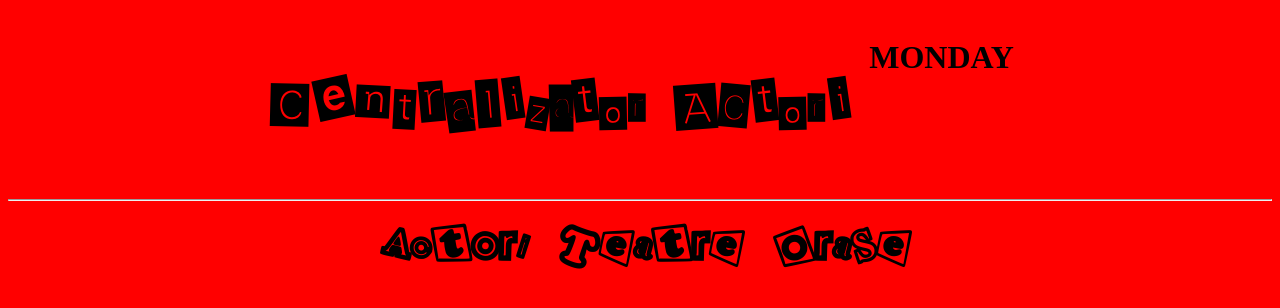
Repository: SusStefan/ActorDB
Page: Actori/src/main/webapp/index.html
These files come from the project's save history. The page is drawn as it stood at one moment and after the next save; the edit follows.
The browser window is 1280 px wide. The pictures show the whole page.

Above is the page before, as saved 2025-12-12 22:28:05.

### Actori/src/main/webapp/index.html
<!DOCTYPE html>
<!--
To change this license header, choose License Headers in Project Properties.
To change this template file, choose Tools | Templates
and open the template in the editor.
-->
<html>
 <head>
 <title>ACTORIDB</title>
 <meta charset="UTF-8">
 <meta name="viewport" content="width=device-width, initial-scale=1.0">
 </head>
 <body>
 <div id="butholder">
 <h1 id="titlu"><b>Centralizator Actori</b></h1>
 <h1 id="time"><b>MONDAY</b></h1>

 </div>
  <hr>
 <div id="butholder">
 <a href="tabela_actori.jsp">
 	<div class="cssbutton "id="Butactori"><b class="sway-text"><strong>Actori</strong></b></div>
 </a>
<a href="tabela_teatre.jsp">
	 <div class="cssbutton "id="Butteatre"><b class="sway-text"><strong>Teatre</strong></b></div>
</a>
 <a href="tabela_orase.jsp">
<div class="cssbutton "id="Butorase"><b class="sway-text"><strong>Orase</strong></b></div>
</a>
 </div>

 </body>
 <style>

 @font-face {
  font-family: 'Persona';            /* You give it a nickname here */
  src: url('./assets/earwig_factory/pers.ttf') format('truetype'); /* Point to the file */
  font-weight: normal;
  font-style: normal;
}

 @font-face {
  font-family: 'Persona2';            /* You give it a nickname here */
  src: url('./assets/earwig_factory/persona.otf') format('opentype'); /* Point to the file */
  font-weight: normal;
  font-style: normal;
}
 @font-face {
  font-family: 'clock';            /* You give it a nickname here */
  src: url('./assets/earwig_factory/clock.ttf') format('truetype'); /* Point to the file */
  font-weight: normal;
  font-style: normal;
}
 body{
 background-color: red;
 }
 .sway-text{
 color:black;
 font-size:300%;
 font-family:Persona;

 }
 #butholder
 {
 display:flex;
 padding:10px;
 justify-content:center;
 gap:20px;
 }
 #titlu{
 text-align:center;
 font-family: Persona2;
 text-color: white;
 font-size:400%
 }
 .cssbutton
 {
 width:100%;
 height:70%;
 background-color:red;
 padding:5px;
 text-align: center;
 }



 .sway-text {
  display: inline-block; /* Required for transform to work on text spans */
  transition: color 0.3s; /* Optional: smooth color change */
  cursor: default;
}

 @keyframes sway {
  0% { transform: rotate(0deg); }
  25% { transform: rotate(5deg); }
  50% { transform: rotate(0deg); }
  75% { transform: rotate(-5deg); }
  100% { transform: rotate(0deg); }
}

 .cssbutton:hover
 {
  background-color:white;
  border: 3px solid black;
  animation: sway 2s ease-in-out infinite;
  }



 </style>
</html>

After the next save:
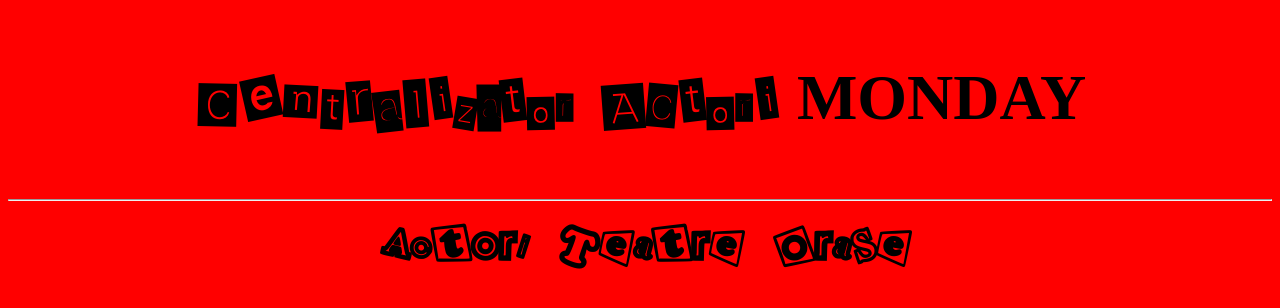
Not found: Actori/src/main/webapp/assets/earwig_factory/clock.ttf
Saved 11 s later.
--- a/Actori/src/main/webapp/index.html
+++ b/Actori/src/main/webapp/index.html
@@ -73,6 +73,12 @@ and open the template in the editor.
  text-color: white;
  font-size:400%
  }
+  #time{
+ text-align:center;
+ font-family: clock;
+ text-color: white;
+ font-size:400%
+ }
  .cssbutton
  {
  width:100%;

After the save that followed:
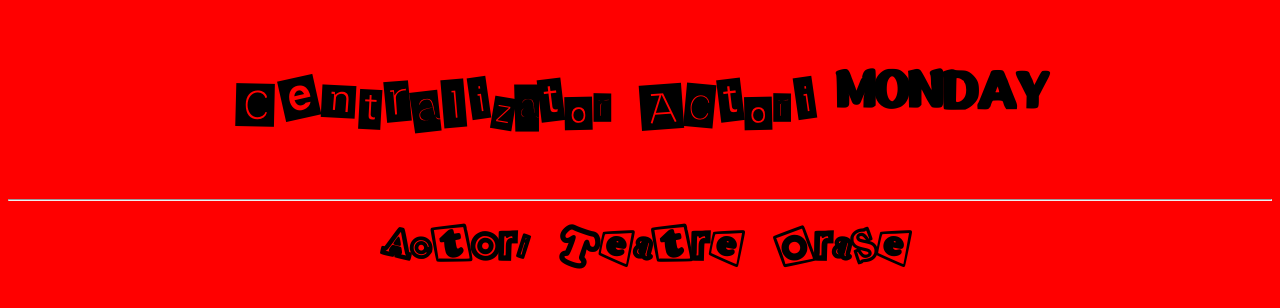
Saved 39 s later.
--- a/Actori/src/main/webapp/index.html
+++ b/Actori/src/main/webapp/index.html
@@ -47,7 +47,7 @@ and open the template in the editor.
 }
  @font-face {
   font-family: 'clock';            /* You give it a nickname here */
-  src: url('./assets/earwig_factory/clock.ttf') format('truetype'); /* Point to the file */
+  src: url('./assets/earwig_factory/p5hatty.ttf') format('truetype'); /* Point to the file */
   font-weight: normal;
   font-style: normal;
 }
